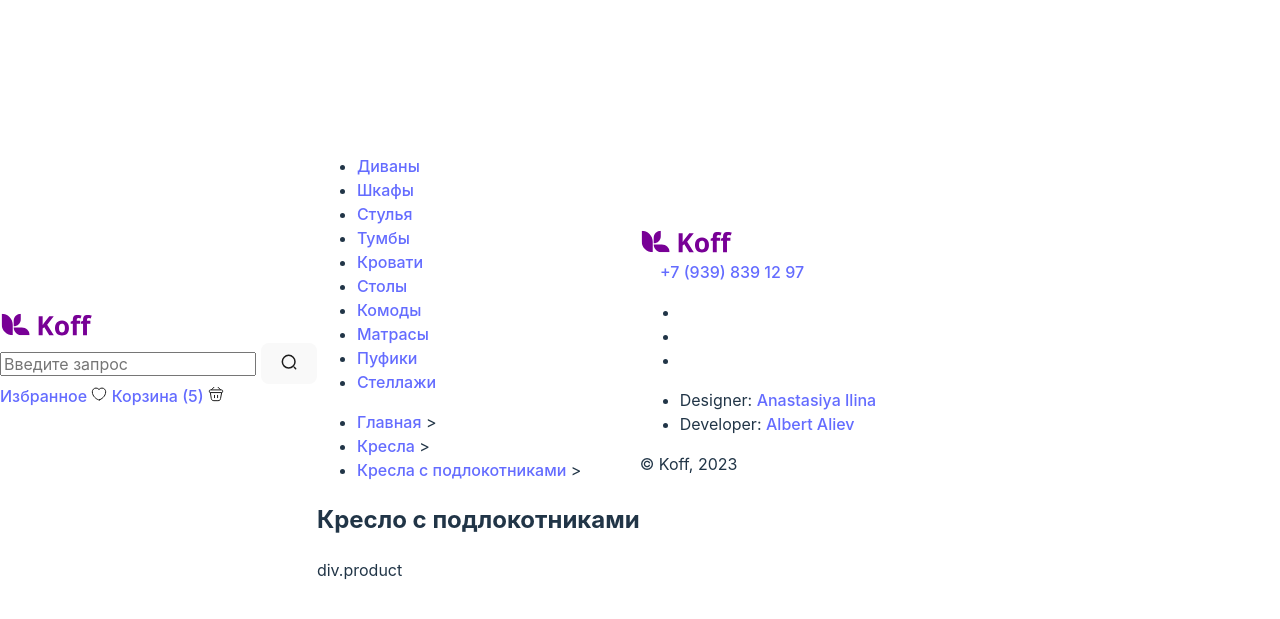
Repository: Albert24-Front-end/Koff-2-Test
Page: /
These files come from the project's save history. The page is drawn as it stood at one moment and after the next save; the edit follows.
The browser window is 1280 px wide. The pictures show the whole page.
The project was rebuilt for these pictures with package versions that can differ from the ones it lists, and the page was loaded fresh each time. Also part of the build but not shown: vite.config.js.

Above is the page before, as saved 2025-02-21 10:32:54.
Console error: TypeError: Cannot set properties of null (setting 'innerHTML')

After the next save:
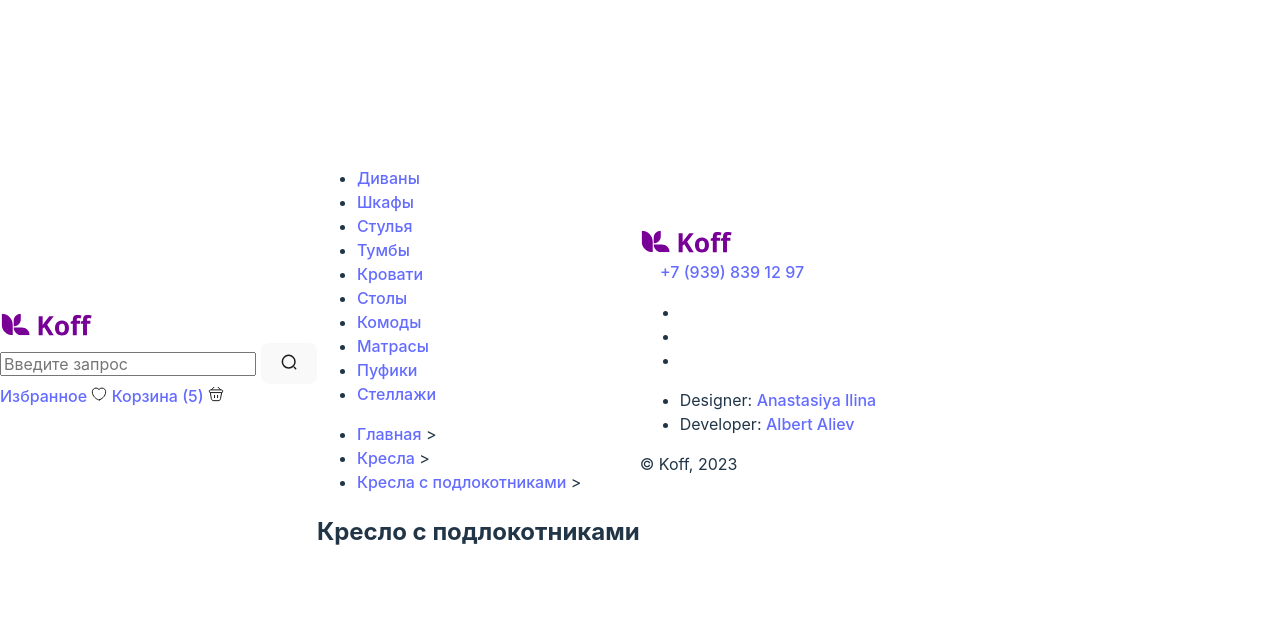
Saved 5 s later.
--- a/index.html
+++ b/index.html
@@ -157,7 +157,9 @@
       <sectioin class="product">
         <div class="container">
           <h2 class="product__title">Кресло с подлокотниками</h2>
-          div.product
+          <div class="product__picture">
+
+          </div>
         </div>
       </sectioin>
     </main>
